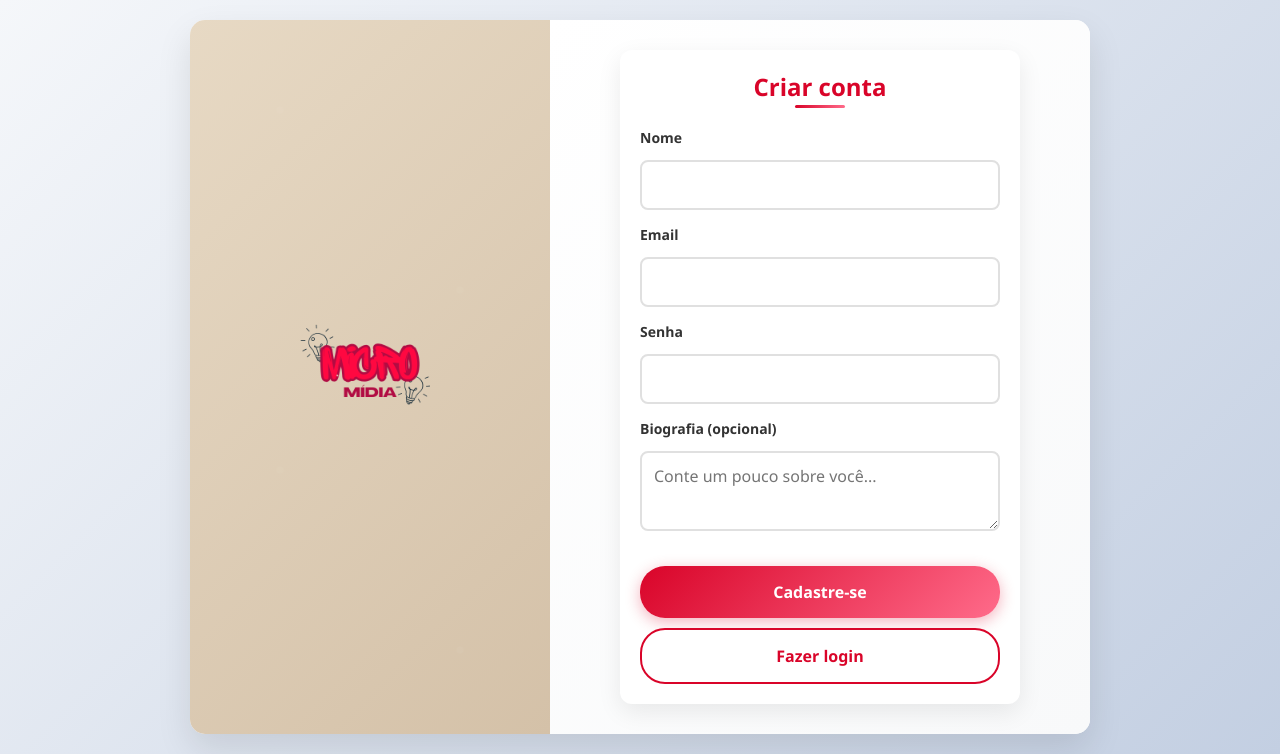
Repository: annaluizapm/MicroMidia
Page: front/HTML/cadastro.html
These files come from the project's save history. The page is drawn as it stood at one moment and after the next save; the edit follows.
The browser window is 1280 px wide. The pictures show the whole page.

Above is the page before, as saved 2025-08-14 11:21:12.

After the next save:
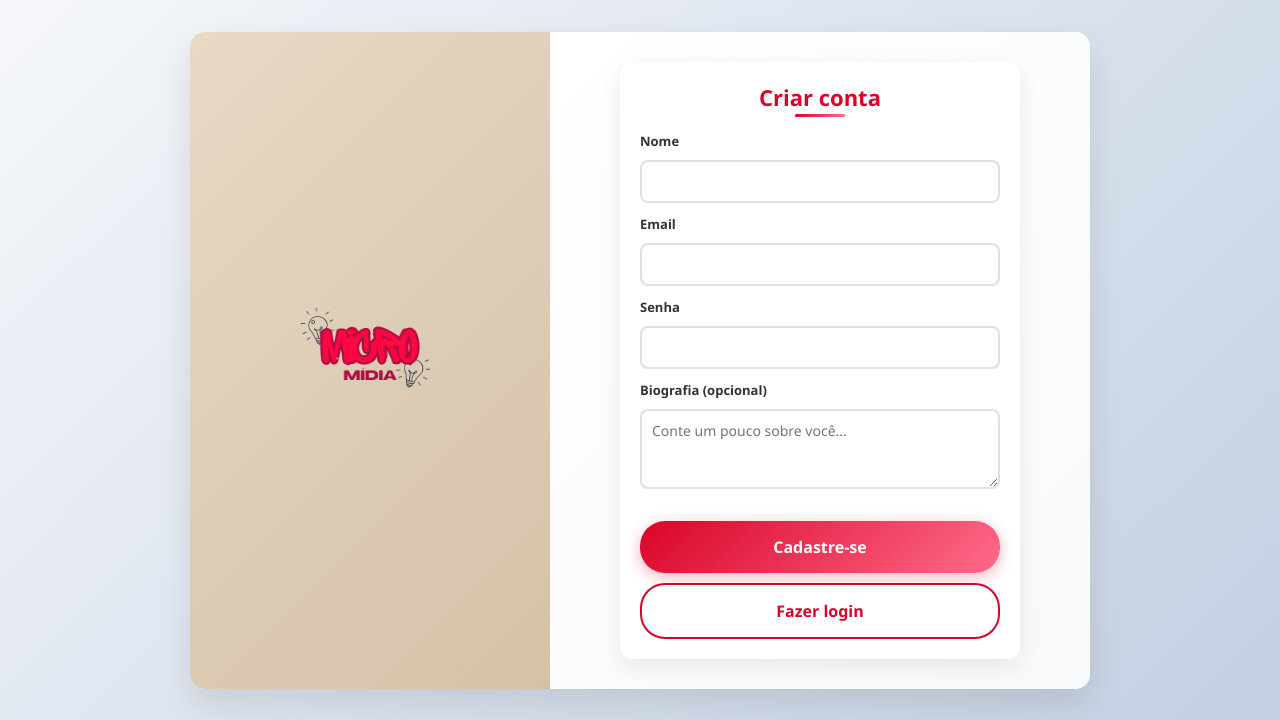
Saved 13 s later.
--- a/front/CSS/logincadastro.css
+++ b/front/CSS/logincadastro.css
@@ -91,8 +91,8 @@
 
 h2 {
     color: #D90429;
-    margin-bottom: 25px;
-    font-size: 24px;
+    margin-bottom: 20px;
+    font-size: 22px;
     position: relative;
 }
 
@@ -114,17 +114,18 @@
     margin-bottom: 5px;
     color: #333;
     font-weight: 600;
-    font-size: 14px;
+    font-size: 13px;
 }
 
 input, textarea {
     width: 100%;
-    padding: 12px;
-    margin: 8px 0 15px 0;
+    padding: 10px;
+    margin: 5px 0 12px 0;
     border: 2px solid #e0e0e0;
     border-radius: 8px;
-    font-size: 16px;
+    font-size: 14px;
     transition: all 0.3s ease;
+    box-sizing: border-box;
 }
 
 input:focus, textarea:focus {
